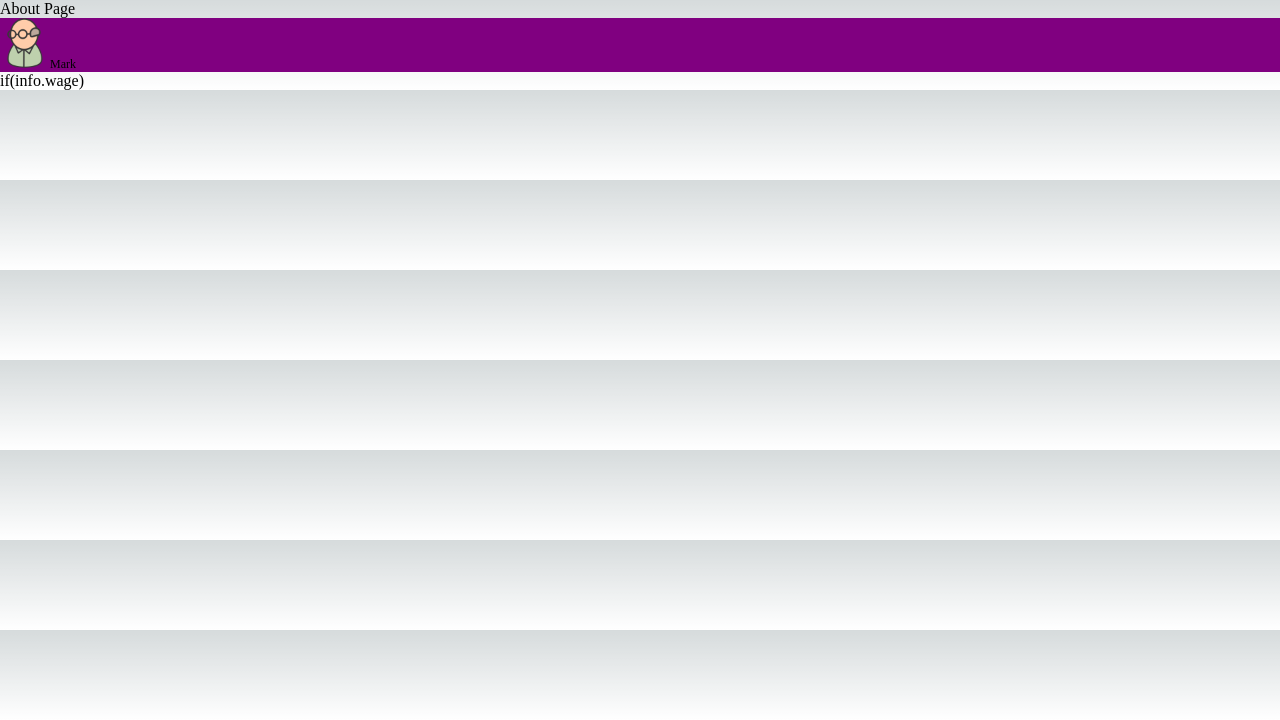
Repository: TeoEstrada9/Week-3-example
Page: /about
The author's editor kept a copy of each file at every save. The page is drawn from the files as they stood at one save, then again after a run of saves.
The browser window is 1280 px wide. The pictures show the whole page.
The project was rebuilt for these pictures with package versions that can differ from the ones it lists, and the page was loaded fresh each time. The framework's server and built-in components were replaced by stand-ins that run in the browser. Also part of the build but not shown: next.config.js.

Above is the page before, as saved 2023-01-19 17:53:18.

### pages/about.js
import data from '../Data/employees.json'
import { useState } from 'react';
import Card from '../Components/Employees'

export default function About() {
    console.log(data);
  const [information, setInformation] = useState([...data])

    return (
        <>About Page
          {information && information.map((info, index) => {
            if(info.employeeName === "Mark")
            return(
              <Card key={index} name={info.employeeName} colour="purple" font="12px"/>
            )

          })}
          if(info.wage)
        </>
    )


}

### styles/globals.css
:root {
  --max-width: 1100px;
  --border-radius: 12px;
  --font-mono: ui-monospace, Menlo, Monaco, 'Cascadia Mono', 'Segoe UI Mono',
    'Roboto Mono', 'Oxygen Mono', 'Ubuntu Monospace', 'Source Code Pro',
    'Fira Mono', 'Droid Sans Mono', 'Courier New', monospace;

  --foreground-rgb: 0, 0, 0;
  --background-start-rgb: 214, 219, 220;
  --background-end-rgb: 255, 255, 255;

  --primary-glow: conic-gradient(
    from 180deg at 50% 50%,
    #16abff33 0deg,
    #0885ff33 55deg,
    #54d6ff33 120deg,
    #0071ff33 160deg,
    transparent 360deg
  );
  --secondary-glow: radial-gradient(
    rgba(255, 255, 255, 1),
    rgba(255, 255, 255, 0)
  );

  --tile-start-rgb: 239, 245, 249;
  --tile-end-rgb: 228, 232, 233;
  --tile-border: conic-gradient(
    #00000080,
    #00000040,
    #00000030,
    #00000020,
    #00000010,
    #00000010,
    #00000080
  );

  --callout-rgb: 238, 240, 241;
  --callout-border-rgb: 172, 175, 176;
  --card-rgb: 180, 185, 188;
  --card-border-rgb: 131, 134, 135;
}

@media (prefers-color-scheme: dark) {
  :root {
    --foreground-rgb: 255, 255, 255;
    --background-start-rgb: 0, 0, 0;
    --background-end-rgb: 0, 0, 0;

    --primary-glow: radial-gradient(rgba(1, 65, 255, 0.4), rgba(1, 65, 255, 0));
    --secondary-glow: linear-gradient(
      to bottom right,
      rgba(1, 65, 255, 0),
      rgba(1, 65, 255, 0),
      rgba(1, 65, 255, 0.3)
    );

    --tile-start-rgb: 2, 13, 46;
    --tile-end-rgb: 2, 5, 19;
    --tile-border: conic-gradient(
      #ffffff80,
      #ffffff40,
      #ffffff30,
      #ffffff20,
      #ffffff10,
      #ffffff10,
      #ffffff80
    );

    --callout-rgb: 20, 20, 20;
    --callout-border-rgb: 108, 108, 108;
    --card-rgb: 100, 100, 100;
    --card-border-rgb: 200, 200, 200;
  }
}

* {
  box-sizing: border-box;
  padding: 0;
  margin: 0;
}

html,
body {
  max-width: 100vw;
  overflow-x: hidden;
}

body {
  color: rgb(var(--foreground-rgb));
  background: linear-gradient(
      to bottom,
      transparent,
      rgb(var(--background-end-rgb))
    )
    rgb(var(--background-start-rgb));
}

a {
  color: inherit;
  text-decoration: none;
}



@media (prefers-color-scheme: dark) {
  html {
    color-scheme: dark;
  }
}



.title1 {
  font-size: 15px;
  font-family: var(--font-mono);

}
.title2 {
  font-size: 15px;
  font-family: var(--font-mono);

}

.Home_grid__GxQ85 {
  margin: auto;
}

.about-button > p {
  background-color: red;

}

main {
  background-image: url("https://images.unsplash.com/photo-1671957949297-348482748863?ixlib=rb-4.0.3&ixid=MnwxMjA3fDB8MHxwaG90by1wYWdlfHx8fGVufDB8fHx8&auto=format&fit=crop&w=1740&q=80");
}

### Data/employees.json
[

    {
        "employeeName": "Mark",
        "wage": 45000,
        "jobTitle": "UI Designer",
        "yearWorked": 2
    },

    {
        "employeeName": "Maya",
        "wage": 35000,
        "jobTitle": "Marketer",
        "yearWorked": 5
    },

    {
        "employeeName": "James",
        "wage": 65000,
        "jobTitle": "Programmer",
        "yearWorked": 10

    }

]

### Components/Employees/index.js
export default function Card({
    name = "none",
    colour = "purple",
    font = "0",
    image = "icon/personTwo.png"
}) {
    return (
        <div style={{backgroundColor: colour, fontSize: font}}>
            {
                colour === "green" ? <img src={'icon/person.png'}width="50"/> :
                colour === "purple" ? <img src={'icon/personThree.png'}width="50"/> :
                                    <img src={'icon/person.png'}width="50"/>
            }
            {name}

        </div>
    )
}

Loaded but not shown: pages/_app.js (common file); pages/_document.js (common file)

After the next 3 saves:
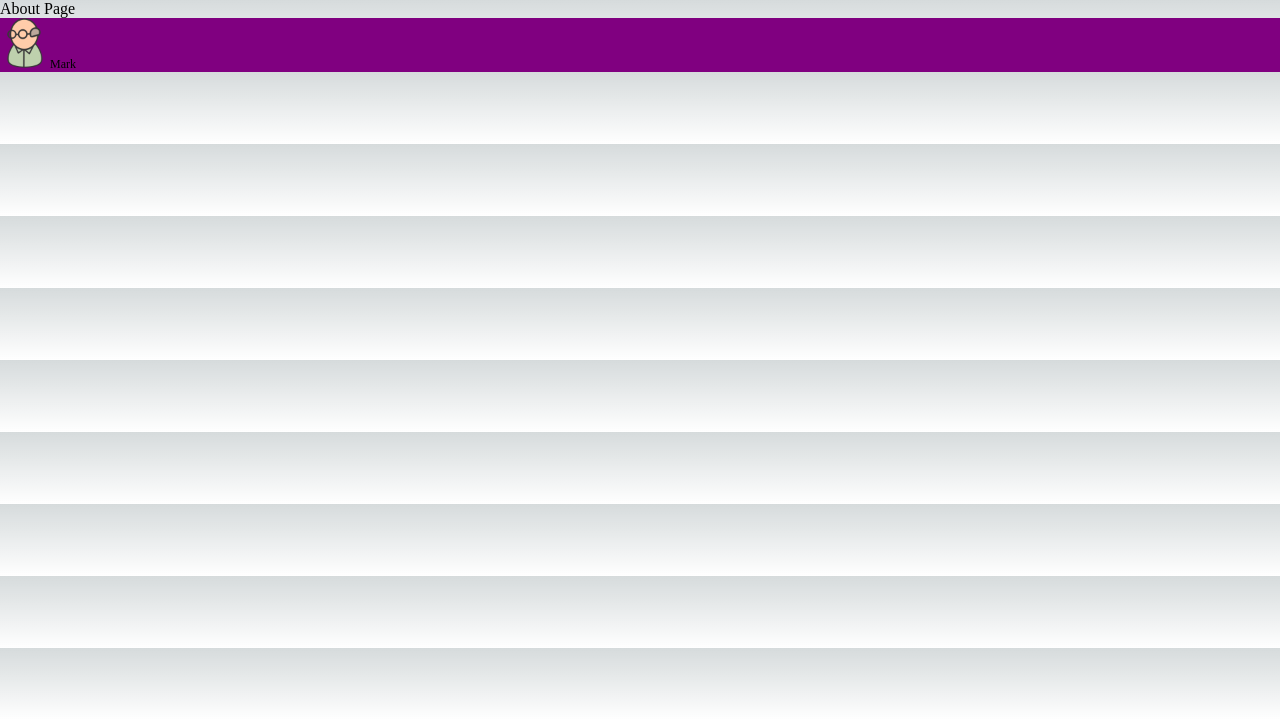
The 3 saves are shown as one change because they came seconds apart.
The last was saved 13 s later.
--- a/pages/about.js
+++ b/pages/about.js
@@ -15,7 +15,7 @@ export default function About() {
             )
 
           })}
-          if(info.wage)
+
         </>
     )
 
